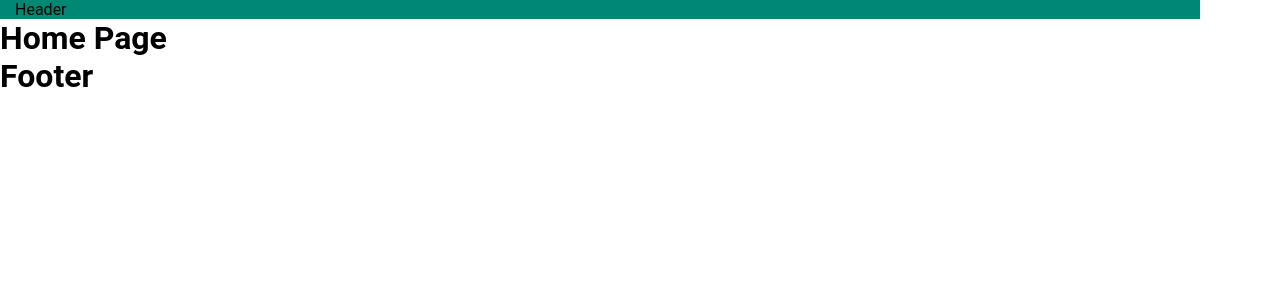
Repository: anhcanh1007/show_product
Page: /
These files come from the project's save history. The page is drawn as it stood at one moment and after a run of saves; the edit follows.
The browser window is 1280 px wide. The pictures show the whole page.
The project was rebuilt for these pictures with package versions that can differ from the ones it lists, and the page was loaded fresh each time. Imported but missing from the stored project, and not drawn on this page: src/pages/user/profilePage.

Above is the page before, as saved 2024-01-25 01:31:37.

### src/index.js
import React from "react";
import ReactDOM from "react-dom/client";
import { BrowserRouter } from "react-router-dom";
import RouterCustom from "./router";
import "./style/style.scss";

const root = ReactDOM.createRoot(document.getElementById("root"));
root.render(
  <BrowserRouter>
    <RouterCustom />
  </BrowserRouter>
);

// If you want to start measuring performance in your app, pass a function
// to log results (for example: reportWebVitals(console.log))
// or send to an analytics endpoint. Learn more: https://bit.ly/CRA-vitals

### src/router.js
import { ROUTERS } from "./utils/router";
import HomePage from "./pages/user/homePage";
import ProfilePage from "./pages/user/profilePage";
import { Route, Routes } from "react-router-dom";
import MasterLayout from "./pages/user/theme/masterLayout";

const renderUserRouter = () => {
  const userRouters = [
    {
      path: ROUTERS.USER.HOME,
      component: <HomePage />,
    },
    {
      path: ROUTERS.USER.PROFILE,
      component: <ProfilePage />,
    },
  ];

  return (
    <MasterLayout>
      <Routes>
        {userRouters.map((item, key) => (
          <Route key={key} path={item.path} element={item.component} />
        ))}
      </Routes>
    </MasterLayout>
  );
};

const RouterCustom = () => {
  return renderUserRouter();
};

export default RouterCustom;

### src/style/style.scss
@import './pages/all';

### src/utils/router.js
export const ROUTERS = {
  USER: {
    HOME: "",
    PROFILE: "thong-tin-ca-nhan",
  },
};

### src/pages/user/homePage/index.js
import { memo } from "react";

const HomePage = () => {
  return <h1>Home Page</h1>;
};

export default memo(HomePage);

### src/pages/user/theme/masterLayout/index.js
import { memo } from "react";
import Header from "../header";
import Footer from "../footer";

const MasterLayout = ({ children, ...props }) => {
  return (
    <div {...props}>
      <Header />
      {children}
      <Footer />
    </div>
  );
};

export default memo(MasterLayout);

### src/style/pages/_all.scss
@use "sass:map";
@import './theme';

html, body {
    margin: 0;
}

* {
    font-family: Roboto;
    padding: 0;
    margin: 0;
}

.container {
    max-width: 1170px;
    width: 100%;
    padding-left: 15px;
    padding-right: 15px;
    background: map.get($theme-colors, "main");
}

### src/style/pages/_theme.scss
$theme-colors : (
    "main" : #008874,
)

### src/pages/user/theme/header/index.js
import { memo } from "react";

const Header = () => {
  return (
    <>
      <div className="header__top">
        <div className="container">Header</div>
      </div>
    </>
  );
};

export default memo(Header);

### src/pages/user/theme/footer/index.js
import { memo } from "react";

const Footer = () => {
  return (
    <>
      <h1>Footer</h1>
    </>
  );
};

export default memo(Footer);

### src/pages/user/theme/header/style.scss
.header__top{
    background-color: azure;
}

Loaded but not shown: public/index.html (common file)

After the next 4 saves:
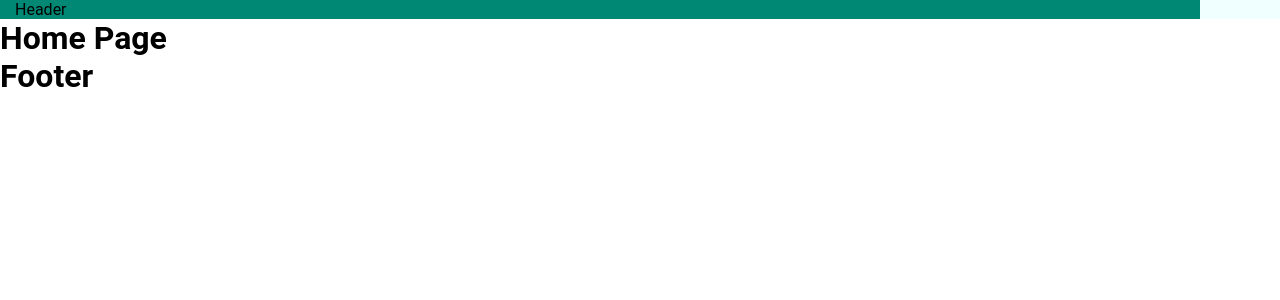
The 4 saves are shown as one change because 1 did not build or start and some came seconds apart.
The last was saved 16 s later.
--- a/src/pages/user/theme/header/index.js
+++ b/src/pages/user/theme/header/index.js
@@ -1,4 +1,5 @@
 import { memo } from "react";
+import "./style.scss";
 
 const Header = () => {
   return (
